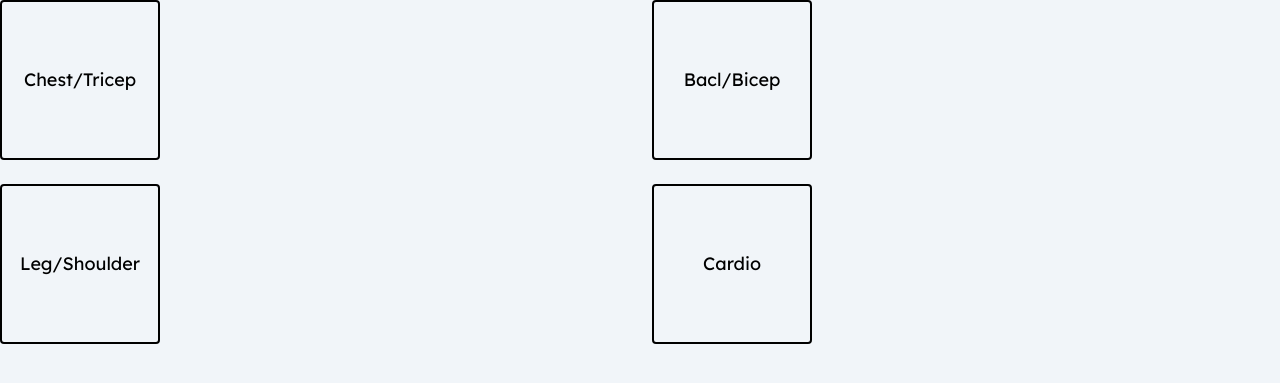
Repository: stavan30/tracker
Page: /
The author's editor kept a copy of each file at every save. The page is drawn from the files as they stood at one save, then again after the next save.
The browser window is 1280 px wide. The pictures show the whole page.
The project was rebuilt for these pictures with package versions that can differ from the ones it lists, and the page was loaded fresh each time. Also part of the build but not shown: vite.config.js.

Above is the page before, as saved 2024-02-23 18:01:34.

After the next save:
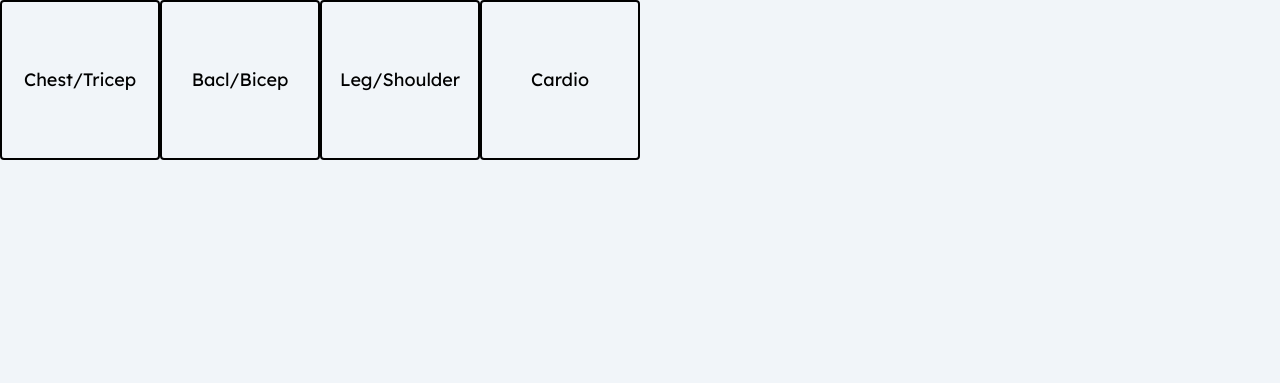
Saved 32 s later.
--- a/src/App.jsx
+++ b/src/App.jsx
@@ -5,7 +5,7 @@ function App() {
 
 
   return (
-    <div className='grid grid-cols-2 gap-6'>
+    <div className='flex'>
       <Card day="Chest/Tricep"/>
       <Card day="Bacl/Bicep"/>
       <Card day="Leg/Shoulder"/>
